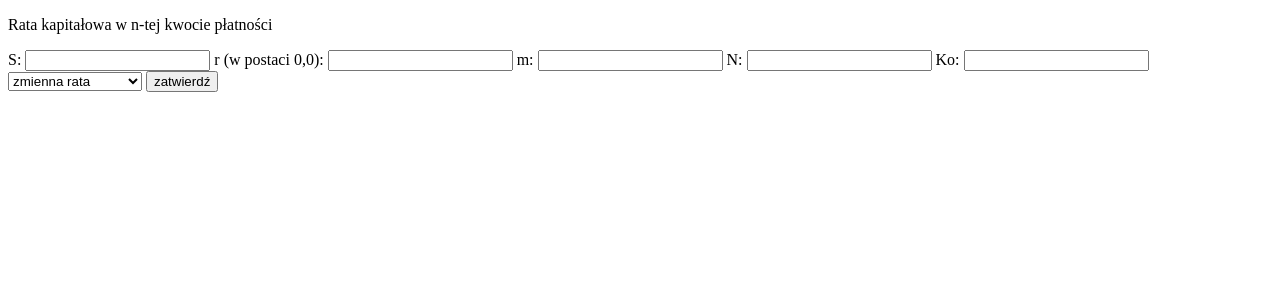
Repository: ravkita/MFCalc
Page: index.html
An editor plug-in stored every save of this project. The page is shown before and after the next save, followed by the edit.
The browser window is 1280 px wide. The pictures show the whole page.

Above is the page before, as saved 2021-04-12 18:05:33.

After the next save:
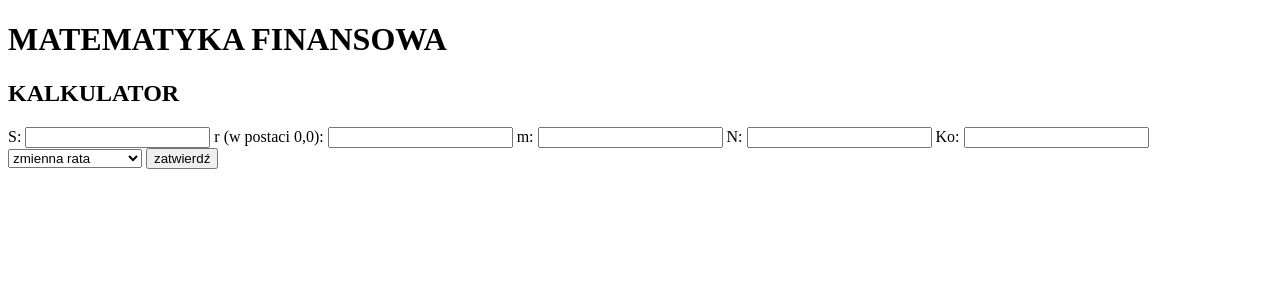
Saved 5 min 0 s later.
--- a/index.html
+++ b/index.html
@@ -7,7 +7,10 @@
     <title>Kalkulator</title>
 </head>
 <body>
-    <p class="title">Rata kapitałowa w n-tej kwocie płatności </p>
+    <header class="header">
+        <h1 class="title">MATEMATYKA FINANSOWA</h1>
+    <h2 class="title">KALKULATOR</h2>
+    </header>
     <form action="" id="rata">
         <label for="S">S:</label> <input type="number" name="S" class="s">
         <label for="r">r (w postaci 0,0):</label> <input type="number" name="r" class="r">
